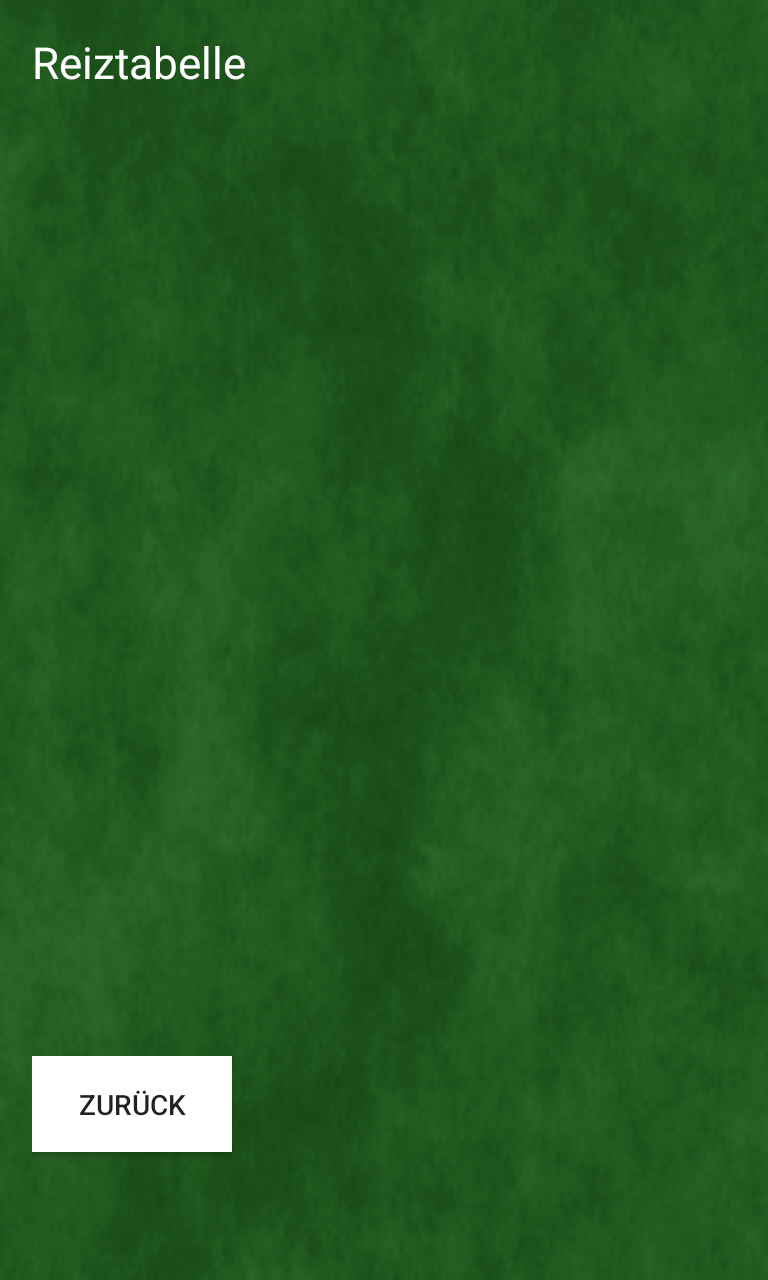
Repository: razinanu/InSy-Skat
Layout: InSy-Skat/res/layout/fragment_result.xml
An editor plug-in stored every save of this project. The layout is shown before and after the next save, followed by the edit.
It is drawn on a 768 x 1280 px phone screen (xhdpi) without system bars, with theme AppThemeWithoutActionBarTitle; the app's code is not run.

Above is the layout before, as saved 2014-06-22 13:13:25.

After the next save:
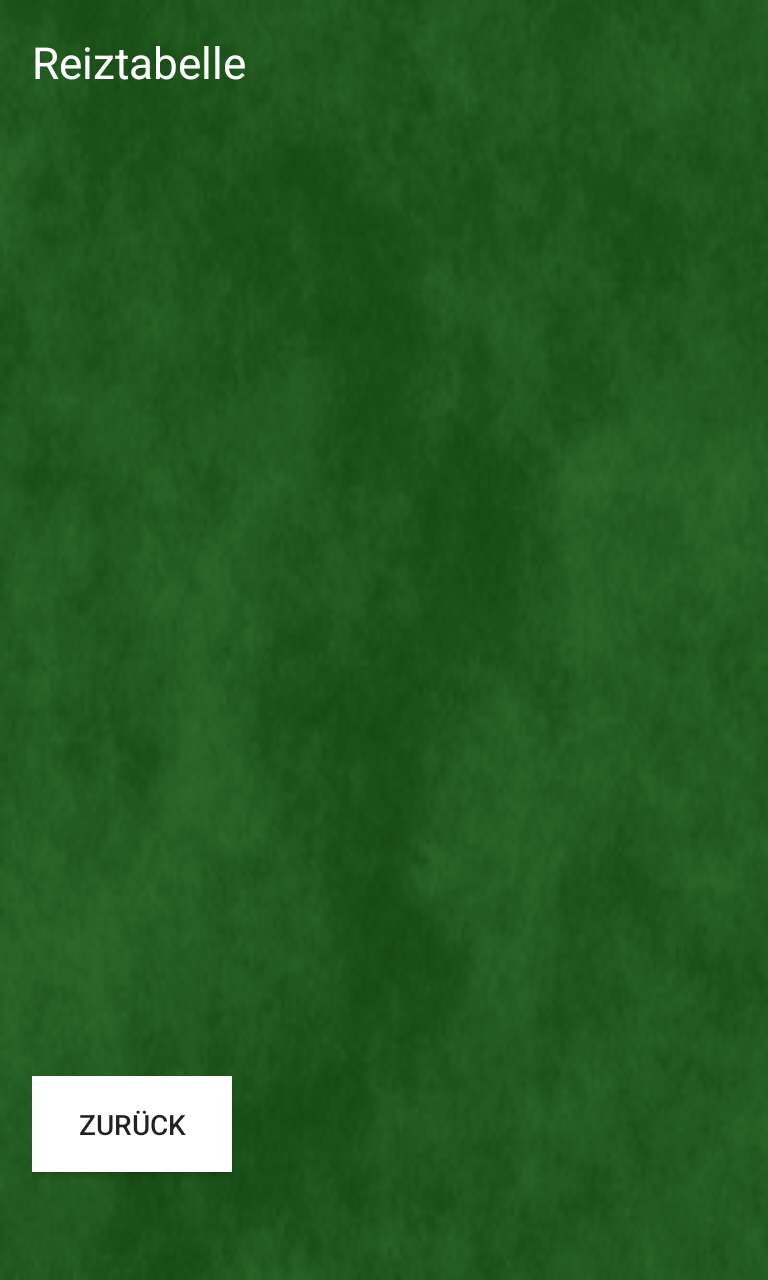
Saved 105 s later.
--- a/InSy-Skat/res/layout/fragment_result.xml
+++ b/InSy-Skat/res/layout/fragment_result.xml
@@ -39,7 +39,7 @@
     android:layout_height="wrap_content"
     android:layout_alignLeft="@+id/scrollView1"
     android:layout_alignParentBottom="true"
-    android:layout_marginBottom="48dp"
+    android:layout_marginBottom="38dp"
     android:background="#ffffff"
     android:onClick="backToPrevActivity"
     android:text="@string/zurueck"
